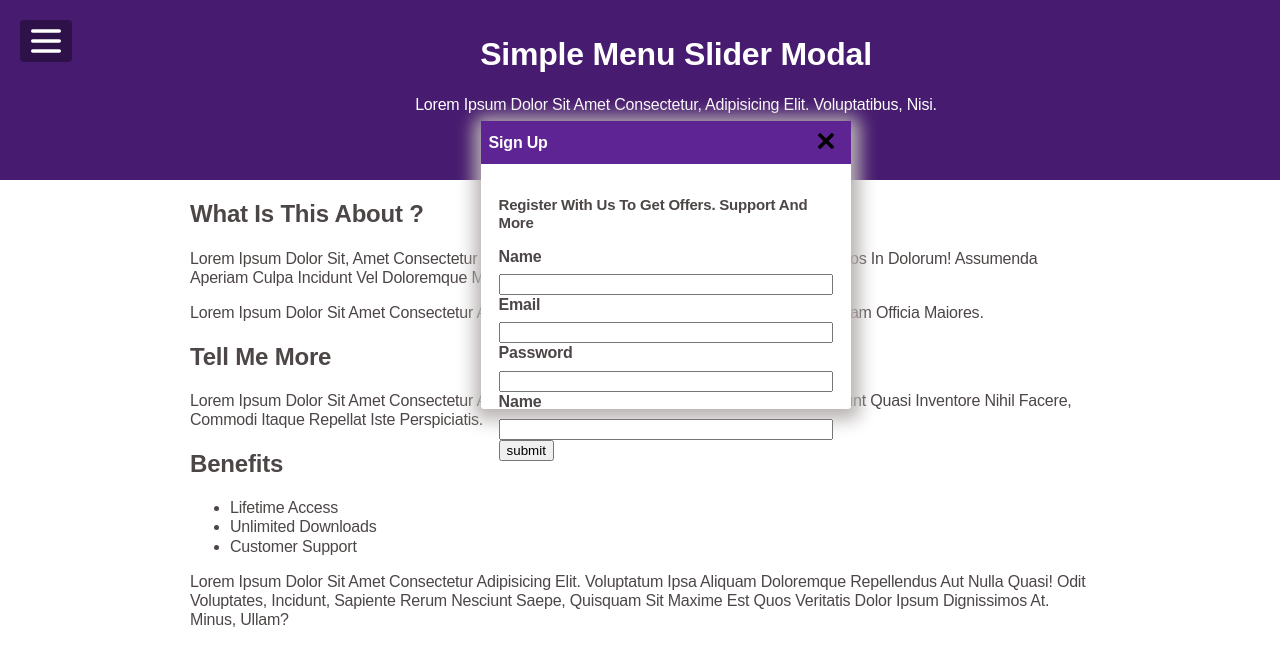
Repository: lilo750/Menu-Slider-modal
Page: index.html
These files come from the project's save history. The page is drawn as it stood at one moment and after the next save; the edit follows.
The browser window is 1280 px wide. The pictures show the whole page.

Above is the page before, as saved 2024-01-15 07:54:12.

### index.html
<!DOCTYPE html>
<html lang="en">
    <head>
        <meta charset="UTF-8" />
        <meta name="viewport" content="width=device-width, initial-scale=1.0" />
        <title>menu-slider-modal</title>
        <script defer src="assets/logic.js"></script>
        <link rel="stylesheet" href="assets/style.css" />
    </head>
    <body>
        <div class="left-menu">
            <!-- <aside>
                <div id="profile-img">
                    <img
                        src="assets/visuals/profile-img.jpg"
                        alt="profile image"
                    />
                </div>
                <ul>
                    <li>home</li>
                    <li>portfolio</li>
                    <li>blog</li>
                    <li>contact me</li>
                </ul>
            </aside> -->

            <button id="burger-btn">
                <img
                    src="assets/visuals/burger-menu-svgrepo-com.svg"
                    alt="burger icon"
                />
            </button>
        </div>
        <div class="container">
            <header>
                <div class="heading">
                    <h1>Simple Menu slider Modal</h1>
                    <p>
                        Lorem ipsum dolor sit amet consectetur, adipisicing
                        elit. Voluptatibus, nisi.
                    </p>
                    <button id="signUp-btn">Sign Up</button>
                </div>
            </header>

            <main>
                <h2>what is this about ?</h2>
                <p>
                    Lorem ipsum dolor sit, amet consectetur adipisicing elit.
                    Sunt officiis minus veniam, dignissimos in dolorum!
                    Assumenda aperiam culpa incidunt vel doloremque maxime
                    inventore. Temporibus, inventore?
                </p>
                <p>
                    Lorem ipsum dolor sit amet consectetur adipisicing elit.
                    Sunt debitis excepturi nemo, at magnam officia maiores.
                </p>
                <h2>tell me more</h2>
                <p>
                    Lorem ipsum dolor sit amet consectetur adipisicing elit.
                    Quae, recusandae obcaecati! Deserunt quasi inventore nihil
                    facere, commodi itaque repellat iste perspiciatis.
                </p>
                <h2>benefits</h2>
                <ul>
                    <li>lifetime access</li>
                    <li>unlimited downloads</li>
                    <li>customer support</li>
                </ul>
                <p>
                    Lorem ipsum dolor sit amet consectetur adipisicing elit.
                    Voluptatum ipsa aliquam doloremque repellendus aut nulla
                    quasi! Odit voluptates, incidunt, sapiente rerum nesciunt
                    saepe, quisquam sit maxime est quos veritatis dolor ipsum
                    dignissimos at. Minus, ullam?
                </p>
            </main>
        </div>
        <!-- ./container -->

        <div class="modal">
            <header>
                <span>Sign Up</span>
                <button id="close-btn">
                    <img
                        src="assets/visuals/close-icon.svg"
                        alt="burger icon"
                    />
                </button>
            </header>
            <form>
                <p>Register with us to get offers. support and more</p>
                <div class="form-control">
                    <label for="name">Name</label>
                    <input id="name" type="text" />
                </div>
                <div class="form-control">
                    <label for="mail">Email</label>
                    <input id="mail" type="email" />
                </div>
                <div class="form-control">
                    <label for="pass">Password</label>
                    <input id="pass" type="password" />
                </div>
                <div class="form-control">
                    <label for="cpass">Name</label>
                    <input id="cpass" type="password" />
                    <span class="warning"></span>
                </div>

                <button id="submit" type="submit">submit</button>
            </form>
        </div>
    </body>
</html>

### assets/logic.js
const signUpBtn = document.getElementById('signUp-btn');

/*
when the user click on the signup btn a modal will show by switching from hidden to visiblity visible
something i should consider before writing the code which is handle the close btn and submit btn and writing the html and css for the code

*/

const modalHandler = () => {};

signUpBtn.addEventListener('click', modalHandler);

### assets/style.css
html {
    font-family: sans-serif;
    letter-spacing: -0.2px;
    color: #4d4646;
}

body {
    height: 100vh;
    margin: 0;
    padding: 0;
    text-transform: capitalize;
    line-height: 1.2;
}

.left-menu {
    position: absolute;

    #burger-btn {
        display: flex;
        align-items: center;
        justify-content: center;
        background-color: rgb(46, 17, 72);
        border: none;
        cursor: pointer;
        position: relative;
        left: 20px;
        top: 20px;
        border-radius: 4px;
    }
}

.container {
    display: flex;
    flex-direction: column;

    & header {
        background-color: rgb(71, 27, 111);
        color: #fff;
        text-align: center;
        padding: 14px 8px;
        padding-left: 80px;

        #signUp-btn {
            background-color: rgb(140, 70, 206);
            color: inherit;
            border: 0;
            outline: 2px;
            padding: 7px 16px;
            border-radius: 3px;
            cursor: pointer;
            font-size: 16px;
        }

        & p {
            margin-bottom: 20px;
        }
    }

    & main {
        max-width: 900px;
        align-self: center;
        padding-inline: 20px;
    }
}

.modal {
    width: 370px;
    height: 40vh; /*will be commented*/
    background-color: #fff;
    border-radius: 3px;
    box-shadow: 1px 3px 17px 8px #bab4b4;
    position: absolute;
    left: 52%;
    top: 36.8%;
    transform: translate(-50%, -50%);

    & header {
        background-color: rgb(94, 36, 147);
        display: flex;
        justify-content: space-between;
        align-items: center;
        padding: 8px;
        margin-bottom: 32px;

        & span {
            color: #fff;
            font-weight: 600;
            font-size: 16px;
        }

        #close-btn {
            background-color: transparent;
            border: none;
            cursor: pointer;
            color: #fff;
        }
    }

    & form {
        & p {
            font-size: 15px;
            font-weight: 600;
        }

        padding-inline: 18px;

        .form-control {
            display: flex;
            flex-direction: column;
            column-gap: 12px;

            & label {
                margin-bottom: 8px;
                font-weight: 800;
            }
        }
    }
}

### assets/visuals/burger-menu-svgrepo-com.svg
<?xml version="1.0" encoding="utf-8"?><!-- Uploaded to: SVG Repo, www.svgrepo.com, Generator: SVG Repo Mixer Tools -->
<svg width="40px" height="40px" viewBox="0 0 24 24" fill="none" xmlns="http://www.w3.org/2000/svg">
<path d="M4 18L20 18" stroke="#ffff" stroke-width="2" stroke-linecap="round"/>
<path d="M4 12L20 12" stroke="#ffff" stroke-width="2" stroke-linecap="round"/>
<path d="M4 6L20 6" stroke="#ffff" stroke-width="2" stroke-linecap="round"/>
</svg>

### assets/visuals/close-icon.svg
<?xml version="1.0"?><svg xmlns="http://www.w3.org/2000/svg" viewBox="0 0 30 30" width="22px" height="22px">    <path d="M 7 4 C 6.744125 4 6.4879687 4.0974687 6.2929688 4.2929688 L 4.2929688 6.2929688 C 3.9019687 6.6839688 3.9019687 7.3170313 4.2929688 7.7070312 L 11.585938 15 L 4.2929688 22.292969 C 3.9019687 22.683969 3.9019687 23.317031 4.2929688 23.707031 L 6.2929688 25.707031 C 6.6839688 26.098031 7.3170313 26.098031 7.7070312 25.707031 L 15 18.414062 L 22.292969 25.707031 C 22.682969 26.098031 23.317031 26.098031 23.707031 25.707031 L 25.707031 23.707031 C 26.098031 23.316031 26.098031 22.682969 25.707031 22.292969 L 18.414062 15 L 25.707031 7.7070312 C 26.098031 7.3170312 26.098031 6.6829688 25.707031 6.2929688 L 23.707031 4.2929688 C 23.316031 3.9019687 22.682969 3.9019687 22.292969 4.2929688 L 15 11.585938 L 7.7070312 4.2929688 C 7.5115312 4.0974687 7.255875 4 7 4 z"/></svg>

After the next save:
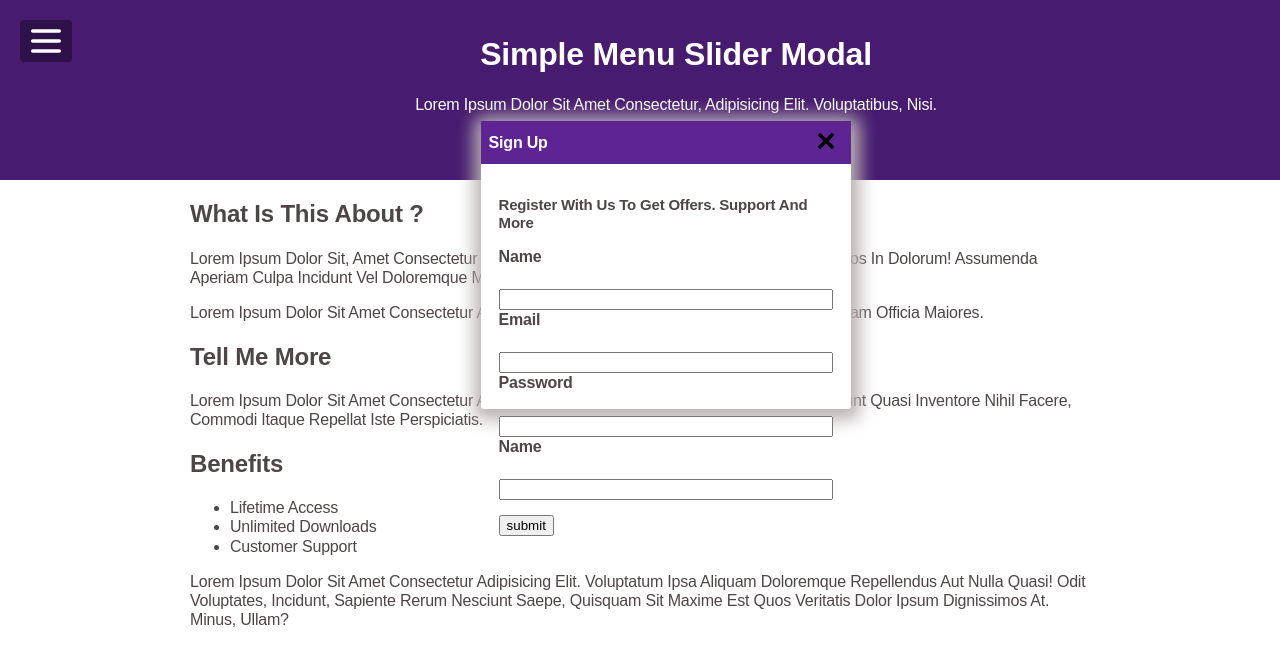
Saved 13 s later.
--- a/assets/style.css
+++ b/assets/style.css
@@ -107,7 +107,7 @@ body {
         .form-control {
             display: flex;
             flex-direction: column;
-            column-gap: 12px;
+            gap: 15px;
 
             & label {
                 margin-bottom: 8px;
